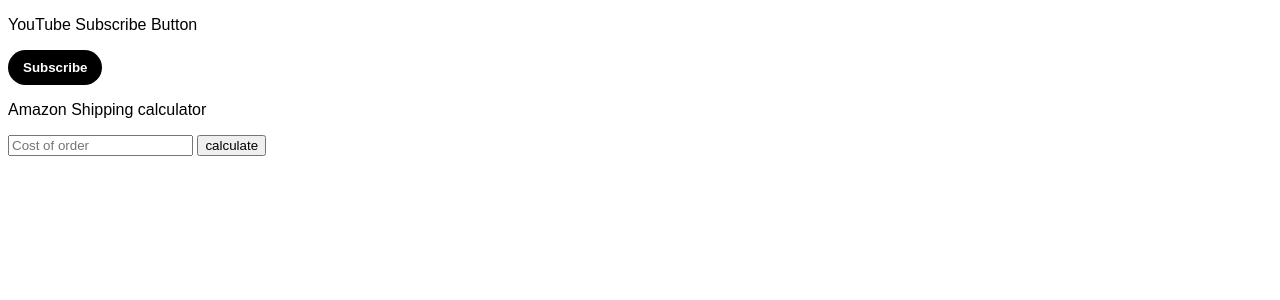
Repository: Samkiroko/Javascript-course
Page: 10-dom-project copy.html
An editor plug-in stored every save of this project. The page is shown before and after the next save, followed by the edit.
The browser window is 1280 px wide. The pictures show the whole page.

Above is the page before, as saved 2023-08-28 10:21:22.

### 10-dom-project copy.html
<!DOCTYPE html>
<html lang="en">
  <head>
    <meta charset="UTF-8" />
    <meta name="viewport" content="width=device-width, initial-scale=1.0" />
    <title>Dom Project</title>
    <style>
      body {
        font-family: sans-serif;
      }
      .subscribe-button {
        border: none;
        background-color: black;
        color: white;
        padding-top: 10px;
        padding-bottom: 10px;
        padding-left: 15px;
        padding-right: 15px;
        font-weight: bold;
        border-radius: 50px;
        cursor: pointer;
      }
      .is-subscribed {
        background-color: rgb(181, 178, 178);
        color: black;
      }
      .cost-input {
        font-size: 20px;
        font-weight: bold;
        padding: 10px;
      }
    </style>
  </head>
  <body>
    <div>
      <p>YouTube Subscribe Button</p>
      <button onclick="subscribe()" class="js-subscribe subscribe-button">
        Subscribe
      </button>
      <p>Amazon Shipping calculator</p>
      <input
        type="text"
        class="js-cost-input"
        placeholder="Cost of order"
        onkeydown="handleKeyDown(event)"
      />
      <button onclick="calculateTotal()">calculate</button>
      <p class="js-total-cost cost-input"></p>
    </div>
    <script>
      function handleKeyDown(event) {
        if (event.key === 'Enter') {
          calculateTotal();
        }
      }

      function calculateTotal() {
        const inputElement = document.querySelector('.js-cost-input');
        let cost = Number(inputElement.value);

        if (cost < 40) {
          cost = cost + 10;
        }

        const totalElement = document.querySelector('.js-total-cost');
        totalElement.innerText = `$${cost}`;
      }

      function subscribe() {
        const buttonElement = document.querySelector('.js-subscribe');

        if (buttonElement.innerText === 'Subscribe') {
          buttonElement.innerText = 'Subscribed';
          buttonElement.classList.add('is-subscribed');
        } else {
          buttonElement.innerText = 'Subscribe';
          buttonElement.classList.remove('is-subscribed');
        }
      }
    </script>
  </body>
</html>

After the next save:
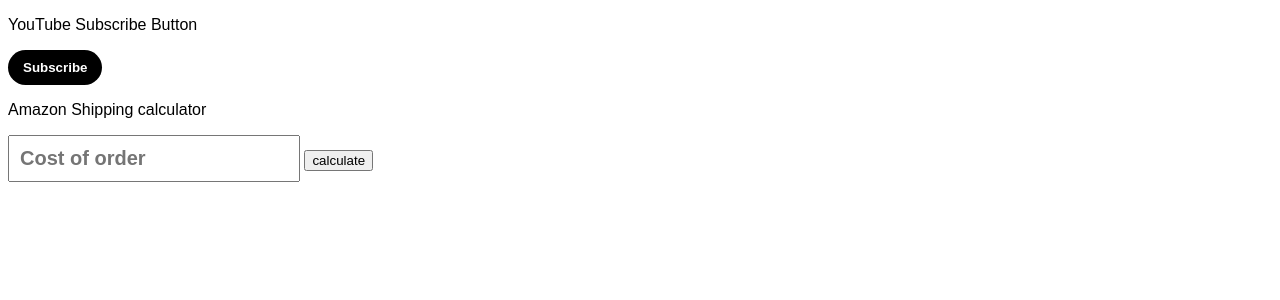
Saved 45 s later.
--- a/10-dom-project copy.html
+++ b/10-dom-project copy.html
@@ -40,12 +40,12 @@
       <p>Amazon Shipping calculator</p>
       <input
         type="text"
-        class="js-cost-input"
+        class="js-cost-input cost-input"
         placeholder="Cost of order"
         onkeydown="handleKeyDown(event)"
       />
       <button onclick="calculateTotal()">calculate</button>
-      <p class="js-total-cost cost-input"></p>
+      <p class="js-total-cost"></p>
     </div>
     <script>
       function handleKeyDown(event) {
